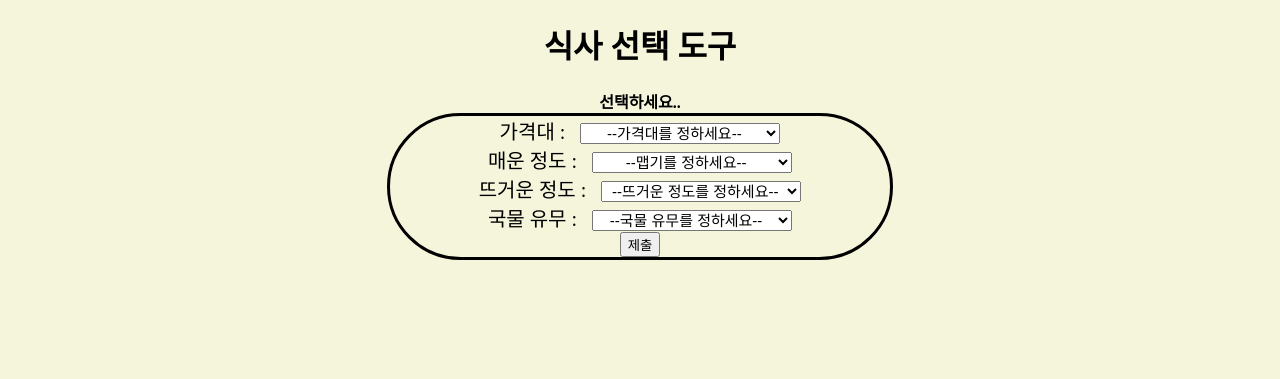
Repository: kimgh06/JavaWeb
Page: http://localhost/what/
These files come from the project's save history. The page is drawn as it stood at one moment and after the next save; the edit follows.
The browser window is 1280 px wide. The pictures show the whole page.
The page is served by Tomcat 9.

Above is the page before, as saved 2022-11-04 00:54:56.

After the next save:
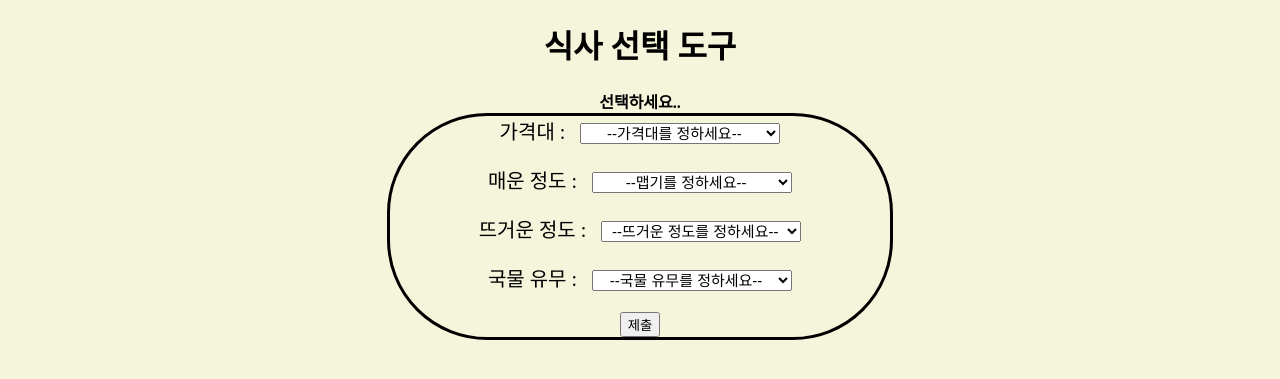
Saved 92 s later.
--- a/what/src/main/webapp/main.css
+++ b/what/src/main/webapp/main.css
@@ -19,6 +19,7 @@ body{
 
 #form div{
 	font-size: 20px;
+	margin-bottom: 20px;
 }
 #form div select{
 	text-align:center;
